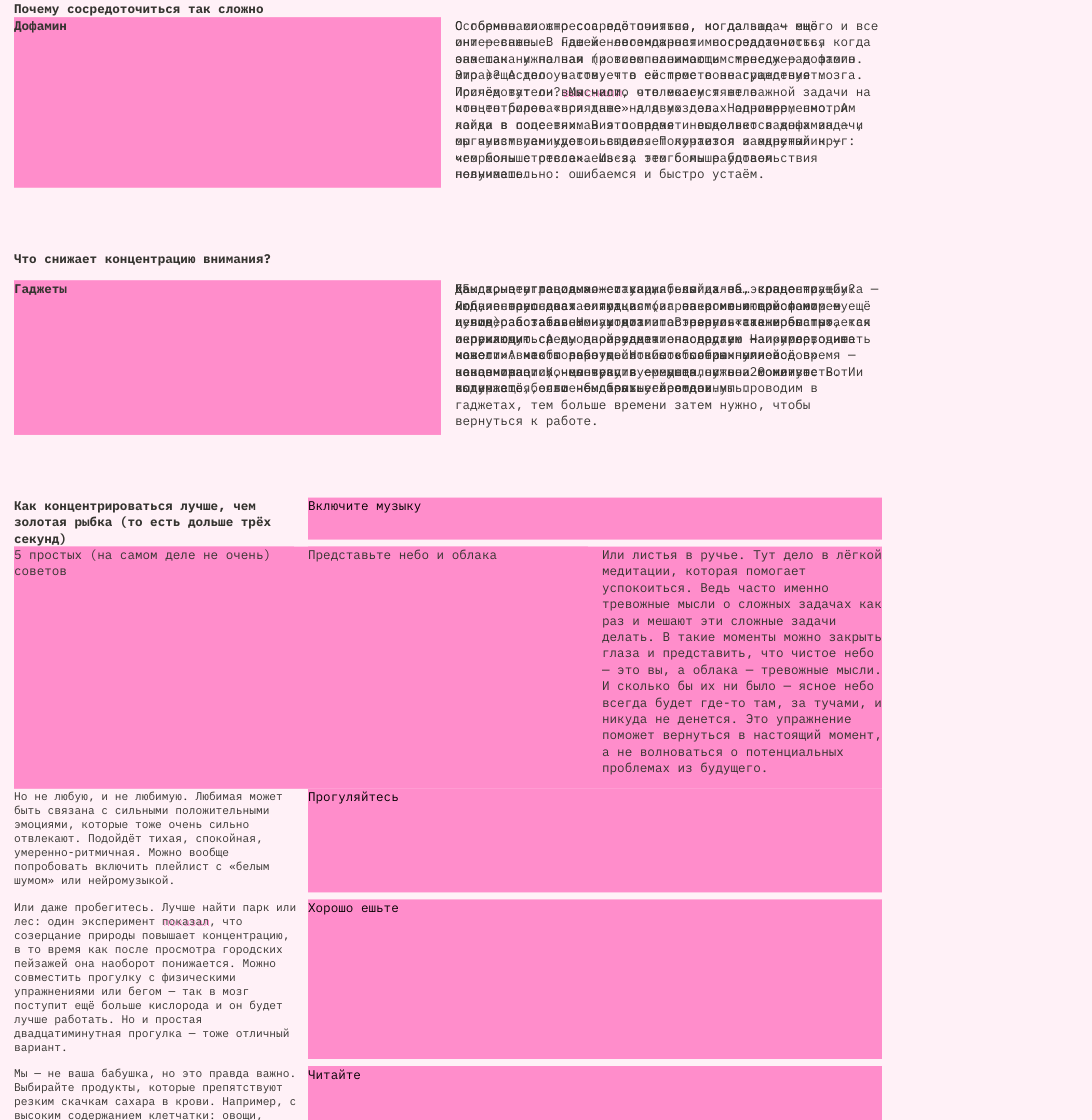
Repository: NikWolf75/slozhno-sosredotochitsya-fd
Page: index.html
The author's editor kept a copy of each file at every save. The page is drawn from the files as they stood at one save, then again after a run of saves.
The browser window is 1280 px wide. The page is 1560 px wide, so the pictures cover 1560 px, including what lies to the right of the window. The pictures show the part of the page from y = 827 to 2427 px (the page is 7257 px tall before and 7131 px after), at 70% of full size.

Above is the page before, as saved 2025-02-27 23:26:50.

### index.html
<!DOCTYPE html>
<html lang="ru">
  <head>
    <meta charset="UTF-8" />
    <meta http-equiv="X-UA-Compatible" content="IE=edge" />
    <meta name="viewport" content="width=device-width, initial-scale=1.0" />
    <meta name="color-scheme" content="dark light" />
    <link rel="stylesheet" href="/fonts/fonts.css" />
    <link rel="stylesheet" href="/styles/globals.css" />
    <link rel="stylesheet" href="/styles/variables.css" />
    <link rel="stylesheet" href="/styles/style.css" />
    <link rel="stylesheet" href="/styles/dark.css" />
    <link rel="stylesheet" href="/styles/light.css" />
    <link rel="icon" href="/images/favicon.ico" sizes="any" />
    <link rel="icon" href="/images/favicon.svg" type="image/svg+xml" />
    <title>Сложно сосредоточиться</title>
    <script src="./scripts/script.js"></script>
  </head>
  <body class="page">
    <header class="header decorated-zone">
      <p class="rec_element">REC</p>
      <nav class="header__theme-menu">
        <ul class="header__theme-menu-list">
          <li class="header__theme-menu-item">
            <button
              class="header__theme-menu-button header__theme-menu-button_type_light"
            >
              День
            </button>
          </li>
          <li class="header__theme-menu-item">
            <button
              class="header__theme-menu-button header__theme-menu-button_active header__theme-menu-button_type_auto"
              disabled
            >
              Авто
            </button>
          </li>
          <li class="header__theme-menu-item">
            <button
              class="header__theme-menu-button header__theme-menu-button_type_dark"
            >
              Неон
            </button>
          </li>
        </ul>
      </nav>
      <h1 class="title_main">no focus</h1>
      <div class="title-decor">
        <p>Что делать, когда не можешь делать ничего</p>
        <p>
          Или почему нам так сложно сконцентрироваться, особенно когда очень
          надо
        </p>
      </div>
    </header>
    <main class="content">
      <section class="content__section">
        <h2 class="question_text">Почему сосредоточиться так сложно</h2>
        <article class="answer">
          <h3 class="content__answer-short">Многозадачность</h3>
          <p class="answer_large">
            Особенно сложно сосредоточиться, когда задач много и все они —
            важные. Где же легендарная многозадачность, когда она так нужна вам
            (и всем нанимающим менеджерам этого мира)? А дело в том, что её
            просто не существует. Исследователи
            <a class="link-text" href="#0">выяснили</a>, что мозгу тяжело
            концентрироваться даже на двух делах одновременно. А когда в поле
            внимания попадает несколько важных задач, организм паникует и
            выделяет кортизол и адреналин — «гормоны стресса». Из-за этого мы
            работаем невнимательно: ошибаемся и быстро устаём.
          </p>
        </article>
        <article class="answer">
          <h3 class="content__answer-short">Дофамин</h3>
          <p class="answer_large">
            С гормонами стресса всё понятно, но дальше — ещё интереснее. В нашей
            невозможности сосредоточиться замешана и полная противоположность
            стрессу — дофамин. Это вещество участвует в системе вознаграждения
            мозга. Причём тут он? Мы часто отвлекаемся от важной задачи на
            что-то более «приятное» для мозгов. Например, смотрим лайки в
            соцсетях. В это время и выделяется дофамин — и мы чувствуем
            удовольствие. Получается замкнутый круг: чем больше отвлекаешься,
            тем больше удовольствия получаешь.
          </p>
        </article>
      </section>
      <section class="content__section content__question">
        <h2 class="question_text">Что снижает концентрацию внимания?</h2>
        <article class="answer">
          <h3 class="content__answer-short">Многозадачность</h3>
          <p class="answer_large">
            Как концентрация может снижаться из-за… концентрации? Любая
            стрессовая ситуация (и резко меняющийся мир в целом) заставляет наш
            мозг постоянно «сканировать» окружающую среду на предмет опасности.
            Например, читать новости вместо работы. Но быть собранными всё время
            — невозможно. Концентрация — мышца, и она может не выдержать, если
            не давать ей отдохнуть.
          </p>
        </article>
        <article class="answer">
          <h3 class="content__answer-short">Еда</h3>
          <p class="answer_large">
            «Быстрые углеводы» — сахар, белый хлеб, сладости — молниеносно
            доставляют в мозг энергию и помогают ему лучше работать. Но уходит
            эта энергия также быстро, как и приходит. А мы в результате попадаем
            на «углеводные качели»: как только действие «быстрых углеводов»
            заканчивается, мы чувствуем усталость и сонливость. И хотим ещё
            больше быстрых углеводов.
          </p>
        </article>
        <article class="answer">
          <h3 class="content__answer-short">Гаджеты</h3>
          <p class="answer_large">
            Да-да, это та самая ситуация, когда на экране ноутбука — код, в
            наушниках — подкаст, а на компьютере фоном — ещё и видео с забавными
            утятами. В результате мозг пытается переключиться с одной задачи на
            другую — и просто не может. А чтобы вернуться к состоянию полной
            концентрации, человеку в среднем нужно 20 минут. Вот и получается,
            что чем больше времени мы проводим в гаджетах, тем больше времени
            затем нужно, чтобы вернуться к работе.
          </p>
        </article>
      </section>
      <section class="content__section">
        <h2 class="question_text">
          Как концентрироваться лучше, чем золотая рыбка (то есть дольше трёх
          секунд)
        </h2>
        <article class="answer advice">
          <h3 class="content__answer-short sub_content__answer-short">
            5 простых (на самом деле не очень) советов
          </h3>
          <h4 class="advice">
            Представьте небо и облака
          </h4>
          <p class="answer_large">
            Или листья в ручье. Тут дело в лёгкой медитации, которая помогает
            успокоиться. Ведь часто именно тревожные мысли о сложных задачах как
            раз и мешают эти сложные задачи делать. В такие моменты можно
            закрыть глаза и представить, что чистое небо — это вы, а облака —
            тревожные мысли. И сколько бы их ни было — ясное небо всегда будет
            где-то там, за тучами, и никуда не денется. Это упражнение поможет
            вернуться в настоящий момент, а не волноваться о потенциальных
            проблемах из будущего.
          </p>
        </article>
          <h4 class="advice">
            Включите музыку
          </h4>
          <p class="answer_large">
            Но не любую, и не любимую. Любимая может быть связана с сильными
            положительными эмоциями, которые тоже очень сильно отвлекают.
            Подойдёт тихая, спокойная, умеренно-ритмичная. Можно вообще
            попробовать включить плейлист с «белым шумом» или нейромузыкой.
          </p>
          <h4 class="advice">
            Прогуляйтесь
          </h4>
          <p class="answer_large">
            Или даже пробегитесь. Лучше найти парк или лес: один эксперимент
            <a class="link-text" href="#0">показал</a>, что созерцание природы
            повышает концентрацию, в то время как после просмотра городских
            пейзажей она наоборот понижается. Можно совместить прогулку с
            физическими упражнениями или бегом — так в мозг поступит ещё больше
            кислорода и он будет лучше работать. Но и простая двадцатиминутная
            прогулка — тоже отличный вариант.
          </p>
          <h4 class="advice">
            Хорошо ешьте
          </h4>
          <p class="answer_large">
            Мы — не ваша бабушка, но это правда важно. Выбирайте продукты,
            которые препятствуют резким скачкам сахара в крови. Например, с
            высоким содержанием клетчатки: овощи, ягоды, бобовые (нут, чечевица,
            фасоль), коричневый рис, хлеб из цельнозерновой пшеницы.
          </p>
          <h4 class="advice">
            Читайте
          </h4>
          <p class="answer_large">
            Настоящие бумажные книги. Это правда помогает с концентрацией: чтобы
            прочитать пост в соцсети, достаточно нескольких минут или даже
            секунд. А вот интересная книга способна затянуть и на несколько
            часов и круто тренирует направленное внимание.
          </p>
        </article>
      </section>
      <section class="content__section content__gallery">
        <h2 class="content__answer-short">А можно в картинках?</h2>
        <div class="gallery">
          <figure class="gallery__item">
            <img
              class="content__section-image"
              src="./images/sunset.png"
              alt="Вид острова на закате"
              loading="lazy"
            />
          </figure>
          <figure class="gallery__item">
            <img
              class="gallery__section-image"
              src="./images/ice-cream.png"
              alt="Чаша с мороженным"
              loading="lazy"
            />
          </figure>
          <figure class="gallery__item">
            <img
              class="gallery__section-image"
              src="./images/tape.png"
              alt="Кассета"
              loading="lazy"
            />
          </figure>
          <figure class="gallery__item">
            <img
              class="gallery__section-image"
              src="./images/books.png"
              alt="Стопка книг"
              loading="lazy"
            />
          </figure>
          <figure class="gallery__item">
            <img
              class="gallery__section-image"
              src="./images/street.png"
              alt="Улица"
              loading="lazy"
            />
          </figure>
        </div>
      </section>
    </main>
    <footer class="footer decorated-zone">
      <h2 class="title_main footer__title">focus</h2>
    </footer>
  </body>
</html>

### styles/globals.css
*,
*::before,
*::after {
  box-sizing: border-box;
}

body {
  min-inline-size: 375px;
  max-inline-size: 1440px;
  margin: 0 auto;
}

h1,
h2,
h3,
h4,
h5,
h6,
p {
  margin: 0;
}

ul {
  margin: 0;
  padding: 0;
  list-style: none;
}

picture {
  margin: 0;
  padding: 0;
}

button,
a {
  font-family: inherit;
  font-size: inherit;
  line-height: inherit;
  color: currentColor;
}

### styles/variables.css
:root {
  --main-font: 'IBM Plex mono';
}

### styles/style.css
.page {
  display: flex;
  flex-direction: column;
  font-family: var(--main-font), monospace;
  block-size: min-content;
  position: relative;
  font-weight: 700;
  background-color: var(--main-background-color);
  background-image: var(--main-background-image);
  background-attachment: fixed;
  background-position: center;
  background-size: cover;
  background-repeat: no-repeat;
 }

.decorated-zone {
  position: relative;
}

.decorated-zone::after,
.decorated-zone::before {
  position: absolute;
  inline-size: 25px;
  block-size: 25px;
  content: "";
  border: 1px solid var(--corner-color);
}

.decorated-zone::after {
  border-top: none;
  border-right: none;
  bottom: 10px;
  left: 10px;
}

.decorated-zone::before {
  border-left: none;
  border-bottom: none;
  right: 10px;
  top: 10px;
}

@media (width >= 768px) {
  .decorated-zone::after {
    bottom: 20px;
    left: 20px;
  }
}

@media (width >= 768px) {
  .decorated-zone::before {
    right: 20px;
    top: 20px;
  }
}

.rec_element {
  position: absolute;
  align-self: start;
  justify-self: end;
  margin: 0;
  right: 10px;
  margin-right: 28px;
  font-size: 18px;
  grid-column: 3;
  grid-row: 1;
  color: var(--accent-color);
  gap: 10px;
}

@media (width >= 768px) {
  .rec_element {
    right: 20px;
  }
}

.rec_element::after {
  content: "";
  border-radius: 50%;
  position: absolute;
  top: 8px;
  left: 44px;
  background: var(--accent-color);
  width: 10px;
  height: 10px;
  box-shadow: 0 0 4px 2px var(--accent-color)
}

.header {
  display: grid;
  grid-template-columns: repeat(3, 1fr);
  grid-template-rows: 1fr min-content 1fr;
  align-items: center;
  justify-items: end;
  position: relative;
  block-size: min(668px, 100vh);
  padding: 10px;
  inline-size: 100%;
 }

 @media (width >= 768px) {
  .header {
    padding: 20px 20px 20px 0;
    block-size: max(1024px, 100vh);
  }
 }

 @media (width >= 1024px) {
  .header {
    block-size: max(768px, 100vh);
  }
 }

 .header__theme-menu {
  grid-column: 3;
  grid-row: 1;
  justify-self: end;
  align-self: center;
}

@media (width >= 1024px) {
  .header__theme-menu {
    grid-column: 1 / -1;
    align-self: start;
    justify-self: center;
    margin-left: 20px;
  }
 }

.header__theme-menu-list {
  display: flex;
  flex-direction: column;
  list-style: none;
  row-gap: 10px;
}

@media (width >= 1024px) {
  .header__theme-menu-list {
    display: flex;
    flex-direction: row;
    column-gap: 10px;
  }
 }

.header__theme-menu-button {
  font-family: inherit;
  background: transparent;
  font-size: 18px;
  color: var(--menu-color);
  border: none;
  text-transform: lowercase;
  border: none;
  height: 26px;
  padding-right: 13px;
  padding-left: 13px;
}

.header__theme-menu-bitton:hover {
  outline: 1px solid var(--menu-color-rgb);
}

.header__theme-menu-button_active {
  outline: 1px solid var(--menu-color);
}

.header__theme-menu-button:focus {
  outline: none;
  text-decoration: underline;
}

.header__theme-menu-button:focus-visible {
  outline: none;
  text-decoration: underline;
}

.title_main {
  font-family: inherit;
  font-size: clamp(7.25rem, 7.0115rem + 1.0178vw, 7.5rem);
  line-height: 95.7px;
  color: var(--title-short-text-color);
  text-shadow: 4px 4px 0 var(--accent-color);
  justify-self: start;
  grid-column: 1 / -1;
  grid-row: 2;
}

@media (width >= 1024px) {
  .title_main {
    line-height: 129.5px;
  }
}

@media (width >= 768px) {
  .title_main {
    font-size: clamp(7.5rem, 0.5625rem + 14.4531vw, 9.8125rem);
    font-weight: 700;
    line-height: 99px;
  }
}

.title-decor {
  font-weight: 700;
  font-family: var(--main-font), monospace;
  font-size: 18px;
  line-height: 23.4px;
  background-color: var(--accent-color);
  color: var(--title-text-color);
  grid-row: 3;
  grid-column: 1 / -1;
  border: 1px solid var(--main-background-color);
  margin: 0;
  justify-self: end;
  align-self: center;
}

@media (width >= 768px) {
  .title-decor {
    max-width: 49%;
  }
}

.content {
  display: flex;
  box-sizing: border-box;
  flex-direction: column;
  padding: 40px 10px 0 10px;
  row-gap: 50px;
}

@media (width >= 768px) {
  .content {
    padding: 60px 20px 20px 20px;
    row-gap: 80px;
  }
}

@media (width >= 768px) {
  .content__section {
    display: grid;
    grid-template-columns: 1fr 2fr;
    column-gap: 20px;
  }
}

@media (width >= 1024px) {
  .content__section {
    column-gap: 10px;
  }
}

.content__what, .answer {
  margin-bottom: 20px;
}

.content__what, .answer:last-of-type {
  margin-bottom: 0;
}

.content__gallery, .content__answer-short {
  font-size: 18px;
}

@media (width >= 768px) and (width < 1024px) {
  .content__question,
  .content__gallery {
    display: grid;
    grid-template-columns: repeat(3, 1fr);
    grid-template-rows: min-content, 1fr;
    row-gap: 20px;
  }

  .content__question, .question_text {
    grid-row: 1;
    grid-column: 1;
  }

  .content__question, .answer {
    grid-row: 2;
    grid-column: 1 / -1;
    margin-bottom: 20px;
  }

  .content__gallery, .content__answer-short {
    grid-row: 1;
    grid-column: 1 / -1;
    margin: 0;
  }

  .content__gallery, .gallery {
    grid-row: 2;
    grid-column: 1 / -1;
  }
}

@media (width >= 1024px) {
  .content__question,
  .content__gallery {
    display: grid;
    grid-template-columns: repeat(3, 1fr);
    row-gap: 20px;
  }

  .content__question, .question_text {
    grid-row: 1;
    grid-column: 1;
  }

  .content__question, .answer {
    display: grid;
    grid-row: 2;
    grid-column: 1 / -1;
    column-gap: 20px;
    grid-template-columns: repeat(auto-fit, minmax(calc((100% - 40px) / 3), 1fr));
  }

  .content__gallery, .answer-short {
    grid-row: 1;
    grid-column: 1 / -1;
    margin: 0;
  }

  .content__gallery, .gallery {
    grid-row: 2;
    grid-column: 1 / -1;
  }
}

.question_text {
  font-family: var(--main-font), monospace;
  font-size: 18px;
  font-weight: 700;
  line-height: 23.5px;
  color: var(--question-text-color);
  margin: 0;
  margin-bottom: 20px;
}

@media (width >= 768px) {
  .question_text {
    padding-right: 9px;
    margin-bottom: 0;
  }
}

.answer {
  font-family: var(--main-font), monospace;
  font-size: 18px;
  font-weight: 700;
  line-height: 23.5px;
  color: var(--answer-short-text-color);
}

.advices {
  display: flex;
  flex-direction: column;
}

.content_how {
  display: flex;
  flex-direction: column;
}

.content__answer-short {
  color: var(--answer-short-text-color);
  background-color: var(--accent-color);
  margin: 0;
  margin-bottom: 10px;
  font-family: inherit;
  font-size: inherit;
  font-weight: inherit;
  line-height: inherit;
}

.sub_content__answer-short {
  margin-bottom: 20px;
}

.answer_large {
  font-family: inherit;
  font-size: inherit;
  font-weight: 400;
  line-height: inherit;
  color: var(--answer-text-color);
  margin: 0;
  padding-bottom: 18px;
}

.answer, .answer_large:last-of-type {
  margin-bottom: 0;
}

.link-text {
  text-decoration: none;
  color: inherit;
  text-shadow: 2px 2px 0 var(--shadow-accent-color);
}

.link-text:hover {
  border-bottom: 1px solid var(--menu-color);
}

.link-text:focus {
  outline: none;
  border: none;
}

.link-text:focus-visible {
  outline: 1px solid var(--answer-text-color);
  border: 1px solid transparent;
  color: var(--answer-text-color);
}

.advice {
  font-family: var(--main-font), monospace;
  font-size: 18px;
  font-weight: 400;
  background-color: var(--accent-color);
  line-height: 23.4px;
  margin: 0 0 10px 0;
}

.gallery {
  display: grid;
  grid-template-columns: 1fr;
  grid-template-rows: 142px 355px 237px 355px 237px;
  gap: 10px;
  grid-auto-flow: dense;
  margin-bottom: 40px;
}

.gallery__item {
  margin: o;
}

.gallery__section-image {
  object-fit: cover;
  inline-size: 100%;
  block-size: 100%;
}

@media (width >= 1024px) {
  .gallery {
    grid-template-rows: 260px 315px 433px;
  }
}

.footer {
  display: grid;
  height: 100vh;
  padding: 10px;
  block-size: max(668px, 100vh);
  grid-template-columns: 1fr;
  grid-template-rows: 1fr min-content 1fr;
}

@media (width >= 768px) {
  .footer {
    padding: 20px;
    block-size: max(1024px, 100vh);
  }
}

@media (width >= 1024px) {
  .footer {
    block-size: max(768px, 100vh);
  }
}

.footer_title {
  justify-self: center;
}

Loaded but not shown: fonts/fonts.css (common file); scripts/script.js (52 lines, source omitted); styles/light.css (60 lines, source omitted); styles/dark.css (47 lines, source omitted)

After the next 3 saves:
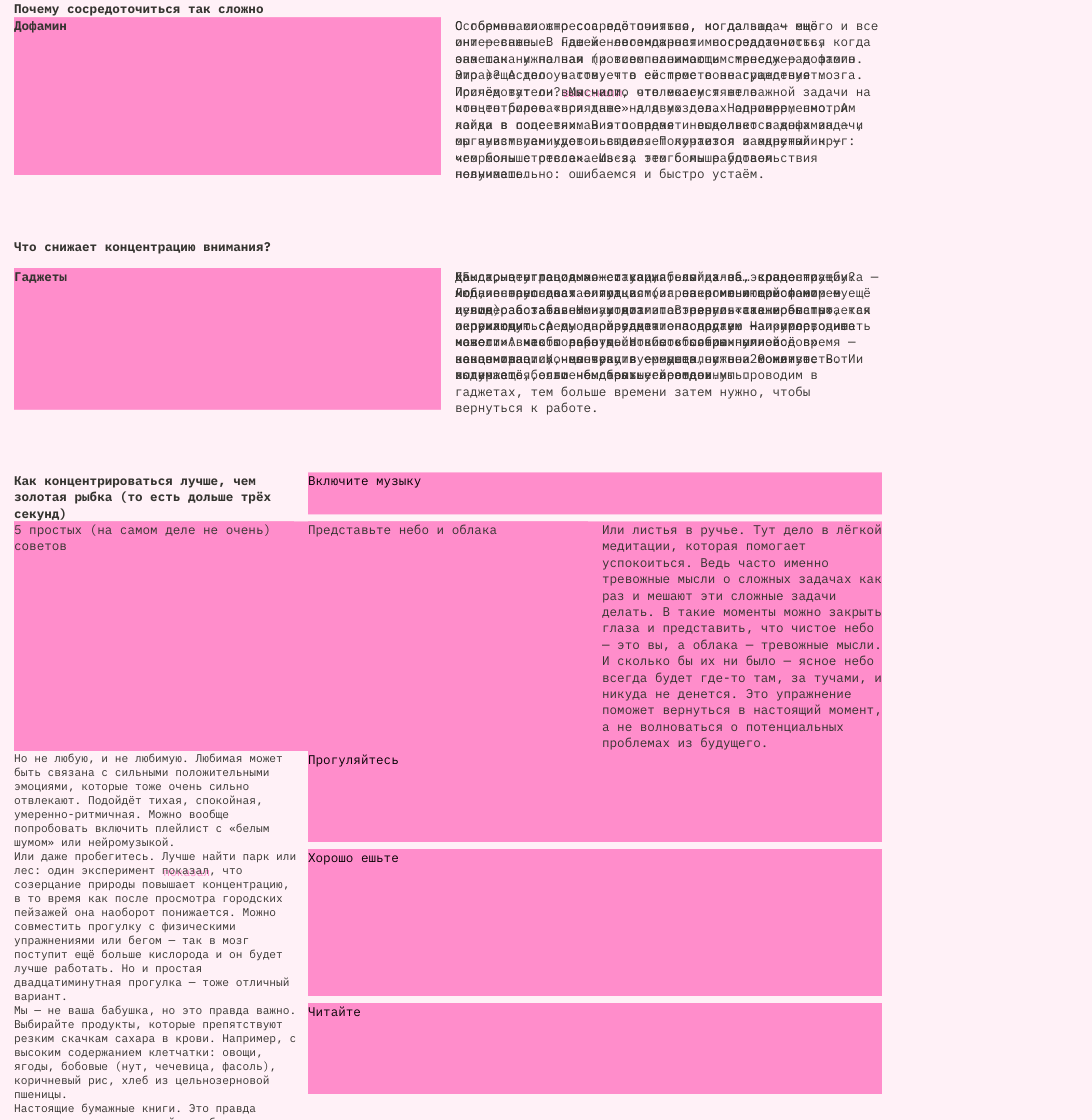
The 3 saves are shown as one change because they came seconds apart.
The last was saved 9 s later.
--- a/styles/style.css
+++ b/styles/style.css
@@ -382,7 +382,7 @@
   line-height: inherit;
   color: var(--answer-text-color);
   margin: 0;
-  padding-bottom: 18px;
+
 }
 
 .answer, .answer_large:last-of-type {

After the save that followed:
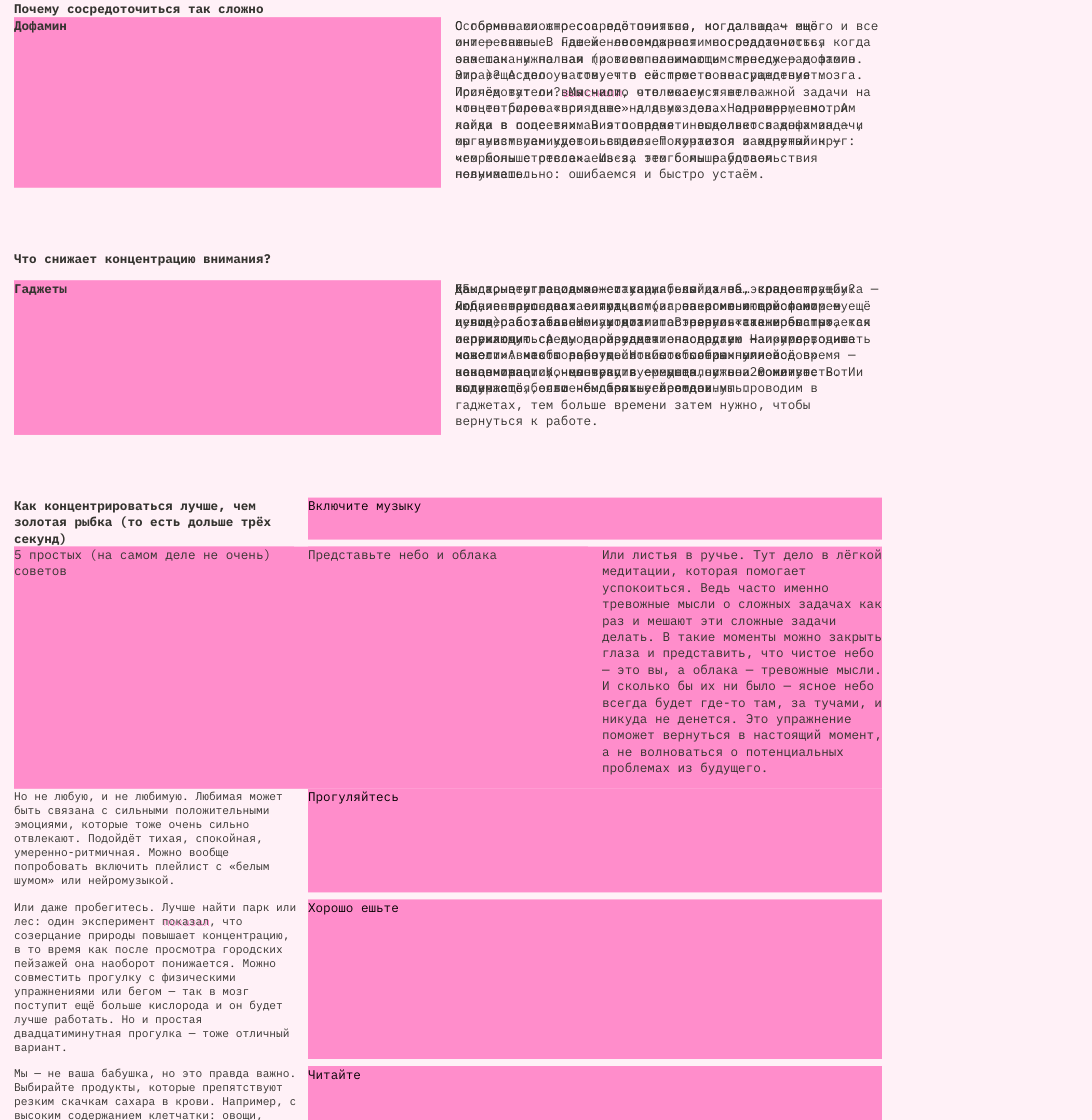
Saved 7 s later.
--- a/styles/style.css
+++ b/styles/style.css
@@ -382,7 +382,7 @@
   line-height: inherit;
   color: var(--answer-text-color);
   margin: 0;
-
+  padding-bottom: 18px;
 }
 
 .answer, .answer_large:last-of-type {
